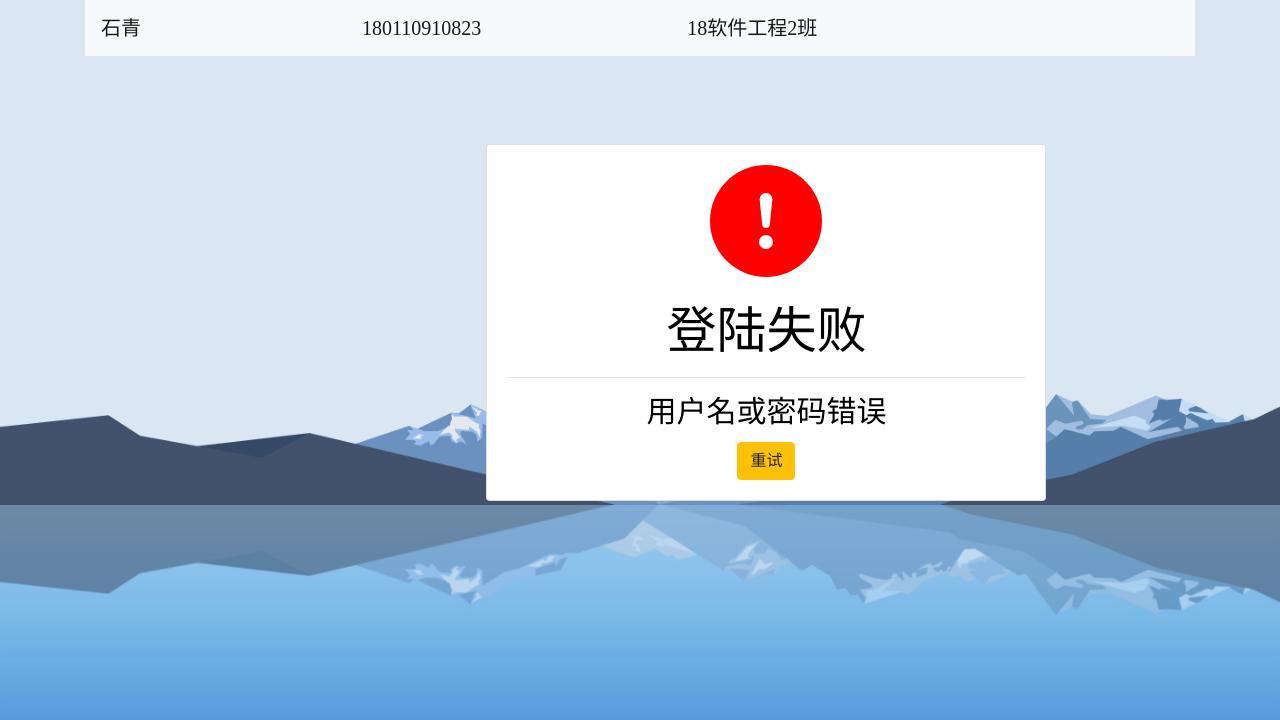
Repository: sqsssq/JavaWeb
Page: class1/IDEA/web/failure.html
The author's editor kept a copy of each file at every save. The page is drawn from the files as they stood at one save, then again after the next save.
The browser window is 1280 px wide. The pictures show the whole page.

Above is the page before, as saved 2020-09-25 01:04:01.

### class1/IDEA/web/failure.html
<!--
 * @Author: your name
 * @Date: 2020-09-23 10:46:47
 * @LastEditTime: 2020-09-25 01:04:01
 * @LastEditors: Please set LastEditors
 * @Description: In User Settings Edit
 * @FilePath: \IDEA\web\successful.html
-->
<!DOCTYPE html>
<html lang="en">

<head>
    <meta charset="UTF-8">
    <meta name="viewport" content="width=device-width, initial-scale=1, shrink-to-fit=no">
    <link rel="stylesheet" href="https://cdn.jsdelivr.net/npm/bootstrap@4.5.0/dist/css/bootstrap.min.css"
        integrity="sha384-9aIt2nRpC12Uk9gS9baDl411NQApFmC26EwAOH8WgZl5MYYxFfc+NcPb1dKGj7Sk" crossorigin="anonymous">
    <script src="https://cdn.jsdelivr.net/npm/jquery@3.5.1/dist/jquery.slim.min.js"
        integrity="sha384-DfXdz2htPH0lsSSs5nCTpuj/zy4C+OGpamoFVy38MVBnE+IbbVYUew+OrCXaRkfj" crossorigin="anonymous">
    </script>
    <script src="https://cdn.jsdelivr.net/npm/popper.js@1.16.0/dist/umd/popper.min.js"
        integrity="sha384-Q6E9RHvbIyZFJoft+2mJbHaEWldlvI9IOYy5n3zV9zzTtmI3UksdQRVvoxMfooAo" crossorigin="anonymous">
    </script>
    <script src="https://cdn.jsdelivr.net/npm/bootstrap@4.5.0/dist/js/bootstrap.min.js"
        integrity="sha384-OgVRvuATP1z7JjHLkuOU7Xw704+h835Lr+6QL9UvYjZE3Ipu6Tp75j7Bh/kR0JKI" crossorigin="anonymous">
    </script>

    <title>Title</title>
    <style>
        html {
            height: 100%;
        }

        body {
            height: 100%;
            background-image: url("./img/bcg2.jpg");
            background-repeat: no-repeat;
            background-size: 100% 100%;
            background-position: center center;
        }
    </style>
</head>

<body>
    <div class="container" style="font-family: 华文行楷;">
        <nav class="navbar navbar-expand-lg navbar-light bg-light">
            <a class="navbar-brand" href="#">石青
                &nbsp;&nbsp;&nbsp;&nbsp;&nbsp;&nbsp;&nbsp;&nbsp;&nbsp;&nbsp;&nbsp;&nbsp;&nbsp;&nbsp;&nbsp;&nbsp;&nbsp;&nbsp;&nbsp;&nbsp;&nbsp;&nbsp;&nbsp;&nbsp;&nbsp;&nbsp;&nbsp;&nbsp;&nbsp;&nbsp;&nbsp;&nbsp;&nbsp;&nbsp;&nbsp;&nbsp;&nbsp;&nbsp;&nbsp;&nbsp;</a>
            <a class="navbar-brand"
                href="#">180110910823&nbsp;&nbsp;&nbsp;&nbsp;&nbsp;&nbsp;&nbsp;&nbsp;&nbsp;&nbsp;&nbsp;&nbsp;&nbsp;&nbsp;&nbsp;&nbsp;&nbsp;&nbsp;&nbsp;&nbsp;&nbsp;&nbsp;&nbsp;&nbsp;&nbsp;&nbsp;&nbsp;&nbsp;&nbsp;&nbsp;&nbsp;&nbsp;&nbsp;&nbsp;&nbsp;&nbsp;&nbsp;&nbsp;</a>
            <a class="navbar-brand" href="#">18软件工程2班</a>

        </nav>
        <form method="post" action="loginAction.jsp">

            <!--    <form>-->
            <div class="card"
                style="width: 35rem; position:absolute; left: 38%; float: left; top: 20%; background-color: white;">
                <div class="card-body" style="text-align: center;">

                    <!-- <img src="..." class="card-img-top" alt="..."> -->
                    <!-- <svg width="7em" height="7em" viewBox="0 0 16 16" class="bi bi-exclamation-circle-fill" fill="red"
                        xmlns="http://www.w3.org/2000/svg">
                        <path fill-rule="evenodd"
                            d="M16 8A8 8 0 1 1 0 8a8 8 0 0 1 16 0zm-3.97-3.03a.75.75 0 0 0-1.08.022L7.477 9.417 5.384 7.323a.75.75 0 0 0-1.06 1.06L6.97 11.03a.75.75 0 0 0 1.079-.02l3.992-4.99a.75.75 0 0 0-.01-1.05z" />
                    </svg> -->
                    <svg width="7em" height="7em" viewBox="0 0 16 16" class="bi bi-exclamation-circle-fill" fill="red" xmlns="http://www.w3.org/2000/svg">
                        <path fill-rule="evenodd" d="M16 8A8 8 0 1 1 0 8a8 8 0 0 1 16 0zM8 4a.905.905 0 0 0-.9.995l.35 3.507a.552.552 0 0 0 1.1 0l.35-3.507A.905.905 0 0 0 8 4zm.002 6a1 1 0 1 0 0 2 1 1 0 0 0 0-2z"/>
                      </svg>
                    <br> <br>
                    <h3 class="card-title" style="color: black; font-size: 50px;">登陆失败</h3>
                    <hr>
                    <h3 class="card-title" style="color: black; font-size: 30px;">用户名或密码错误</h3>
                    <input class="btn btn-warning" value="重试" id="btn1" type="submit">
                    <!--            <input  class="btn btn-success" value="注册" id="btn2" type="submit">-->
                    <!--            <button class="btn btn-block" id="btn">登陆</button>-->
                </div>
            </div>
        </form>
    </div>
</body>

</html>

After the next save:
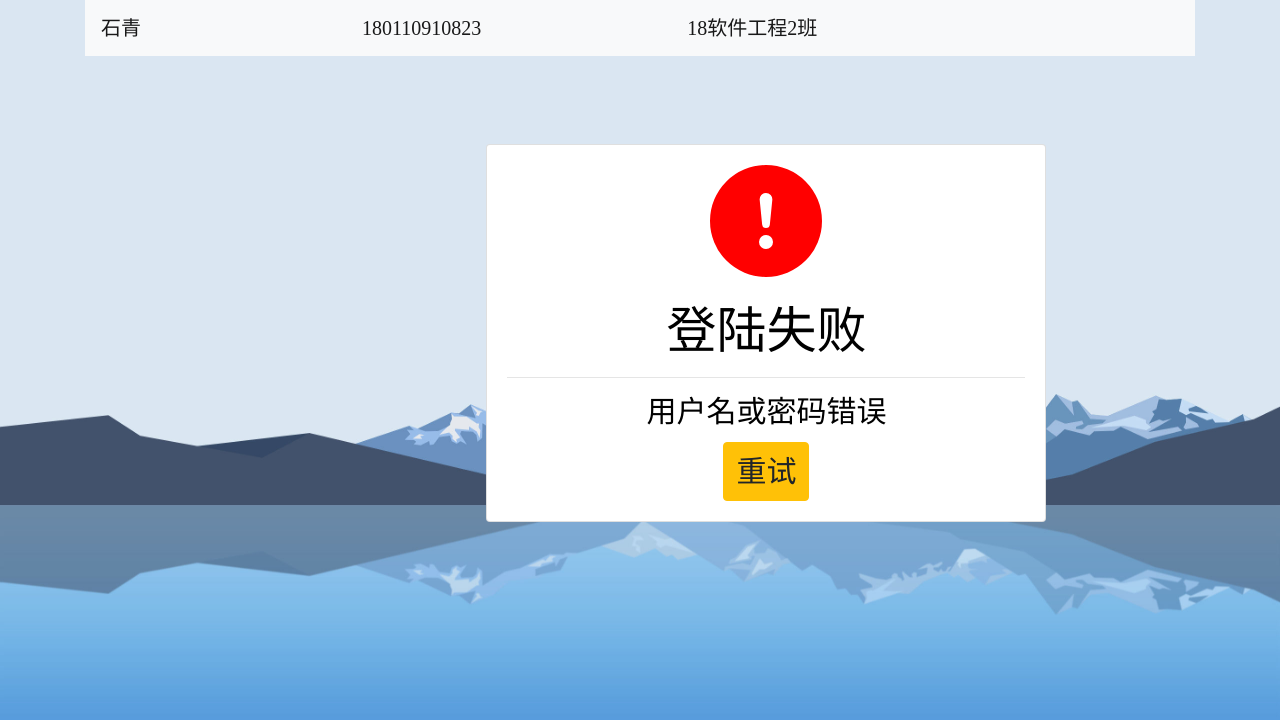
Saved 19 s later.
--- a/class1/IDEA/web/failure.html
+++ b/class1/IDEA/web/failure.html
@@ -1,7 +1,7 @@
 <!--
  * @Author: your name
  * @Date: 2020-09-23 10:46:47
- * @LastEditTime: 2020-09-25 01:04:01
+ * @LastEditTime: 2020-09-25 01:04:20
  * @LastEditors: Please set LastEditors
  * @Description: In User Settings Edit
  * @FilePath: \IDEA\web\successful.html
@@ -70,7 +70,7 @@
                     <h3 class="card-title" style="color: black; font-size: 50px;">登陆失败</h3>
                     <hr>
                     <h3 class="card-title" style="color: black; font-size: 30px;">用户名或密码错误</h3>
-                    <input class="btn btn-warning" value="重试" id="btn1" type="submit">
+                    <input class="btn btn-warning" value="重试" id="btn1" type="submit" style="font-size: 30px;">
                     <!--            <input  class="btn btn-success" value="注册" id="btn2" type="submit">-->
                     <!--            <button class="btn btn-block" id="btn">登陆</button>-->
                 </div>
